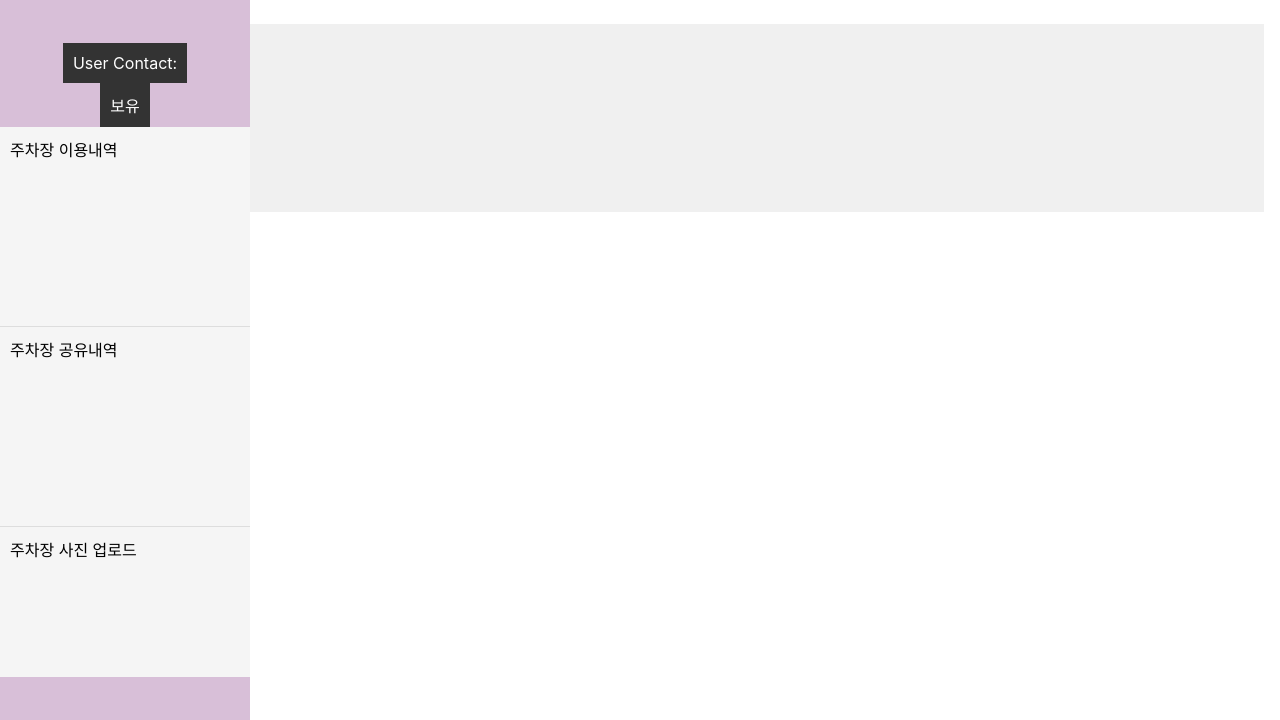
Repository: ohjjoa/reactTest
Page: /, after clicking the first element matching `img`
The author's editor kept a copy of each file at every save. The page is drawn from the files as they stood at one save, then again after the next save.
The browser window is 1280 px wide. The pictures show the whole page.
The project was rebuilt for these pictures with package versions that can differ from the ones it lists, and the page was loaded fresh each time.

Above is the page before, as saved 2024-08-02 05:19:08.

### src/App.tsx
import { BrowserRouter as Router, Route, Routes } from 'react-router-dom';
import Home from './pages/Home';

function App() {
  return (
    <Router>
      <Routes>
        <Route path="/" element={<Home />} />
        {/* 다른 Route 추가 가능 */}
      </Routes>
    </Router>
  );
}

export default App;

### src/pages/Home/index.tsx
import React, { useState, useRef, useEffect } from 'react';
import { FixedSizeList as List } from 'react-window';
import { TestContainer, Sidebar, SidebarOpen } from './styles';
import icBurger from '../../assets/ic_burger.svg';

// 리스트 항목의 데이터
// const items = new Array(5).fill(null).map((_, index) => `Item ${index + 1}`);
// 리스트 항목의 데이터
const items = [
  '주차장 이용내역',
  '주차장 공유내역',
  '주차장 사진 업로드',
  '알림',
  '설정'
];

const Home = () => {
  const [sideBarOpen, setSideBarOpen] = useState(false);
  const sidebarRef = useRef<HTMLDivElement>(null);
  const backgroundRef = useRef<HTMLDivElement>(null);

  const burgerClick = () => {
    setSideBarOpen(!sideBarOpen);
  };

  const handleClickOutside = (event: MouseEvent | TouchEvent) => {
    if (
      sidebarRef.current &&
      !sidebarRef.current.contains(event.target as Node) &&
      backgroundRef.current &&
      !backgroundRef.current.contains(event.target as Node)
    ) {
      setSideBarOpen(false);
    }
  };

  useEffect(() => {
    const handleContextMenu = (event: MouseEvent) => {
      event.preventDefault(); // 기본 우클릭 메뉴 막기
      event.stopPropagation(); // 이벤트 전파 막기
      return false;
    };

    window.addEventListener('contextmenu', handleContextMenu);
    // 데스크탑 환경
    document.addEventListener('mousedown', handleClickOutside);
    // 모바일 환경
    document.addEventListener('touchstart', handleClickOutside);

    return () => {
      window.removeEventListener('contextmenu', handleContextMenu);
      document.removeEventListener('mousedown', handleClickOutside);
      document.removeEventListener('touchstart', handleClickOutside);
    };
  }, []);

  // 사이드바 아이템 렌더링
  const Row = ({ index, style }: { index: number; style: React.CSSProperties }) => (
    <div
    style={{
      backgroundColor: '#f5f5f5', // 아이템의 배경 색상
      padding: '10px', // 아이템의 패딩
      borderBottom: '1px solid #ddd', // 아이템 하단의 경계선 (선택 사항)
      boxSizing: 'border-box', // 패딩과 경계선이 요소의 전체 크기에 포함되도록
      height: '200px',
      color: '#000000'
    }}
  >
    {items[index]}
    </div>
  );

  return (
    <div ref={backgroundRef}>
      <TestContainer>
        <img
          src={icBurger}
          alt="Burger Icon"
          style={{
            maxWidth: '100%',
            height: 'auto',
            cursor: 'pointer',
            marginTop: '50px',
          }}
          onClick={burgerClick} // 클릭 이벤트로 사이드바 열기/닫기 처리
        />
      </TestContainer>

      {sideBarOpen && (
        <SidebarOpen ref={sidebarRef}
        style={{ display: 'flex', flexDirection: 'column', width: '250' }}>
          <div style={{ padding: '10px', backgroundColor: '#333', color: '#fff' }}>
            User Contact:
          </div>
          <div style={{ padding: '10px', backgroundColor: '#333', color: '#fff'}}>
            보유
          </div>
          <List
            height={550} // 사이드바의 높이에서 연락처의 높이를 제외한 값
            itemCount={items.length} // 아이템 수
            itemSize={50} // 아이템의 높이
            width={250} // 사이드바의 너비
          >
            {Row}
          </List>
        </SidebarOpen>
      )}
      {!sideBarOpen && (
        <Sidebar ref={sidebarRef}>
          <div>Sidebar Content</div>
        </Sidebar>
      )}
    </div>
  );
};

export default Home;

### src/pages/Home/styles.tsx
import { styled } from '@stitches/react';

const TestContainer = styled('div', {
  paddingLeft: '16px',
  paddingRight: '16px',
  marginTop: '24px',
  paddingBottom: '110px',
  backgroundColor: '#f0f0f0',
  marginLeft: '16px',
  marginRight: '16px',
});

const Sidebar = styled('div', {
  position: 'fixed',
  top: 0,
  left: '-250px', // 사이드바가 화면 밖으로 숨겨져 있도록 설정
  width: '250px',
  height: '100%',
  backgroundColor: '#D8BFD8',
  color: 'white',
  transition: 'left 0.3s ease', // 애니메이션 효과
  display: 'flex',
  alignItems: 'center',
  justifyContent: 'center',
  zIndex: 1000, // 사이드바가 다른 요소 위에 오도록 설정
});

const SidebarOpen = styled(Sidebar, {
  left: 0, // 사이드바가 화면에 보이도록 설정
});


export { TestContainer, Sidebar, SidebarOpen };

Loaded but not shown: public/index.html (common file); src/index.tsx (common file); src/index.css (common file); src/reportWebVitals.ts (common file)

After the next save:
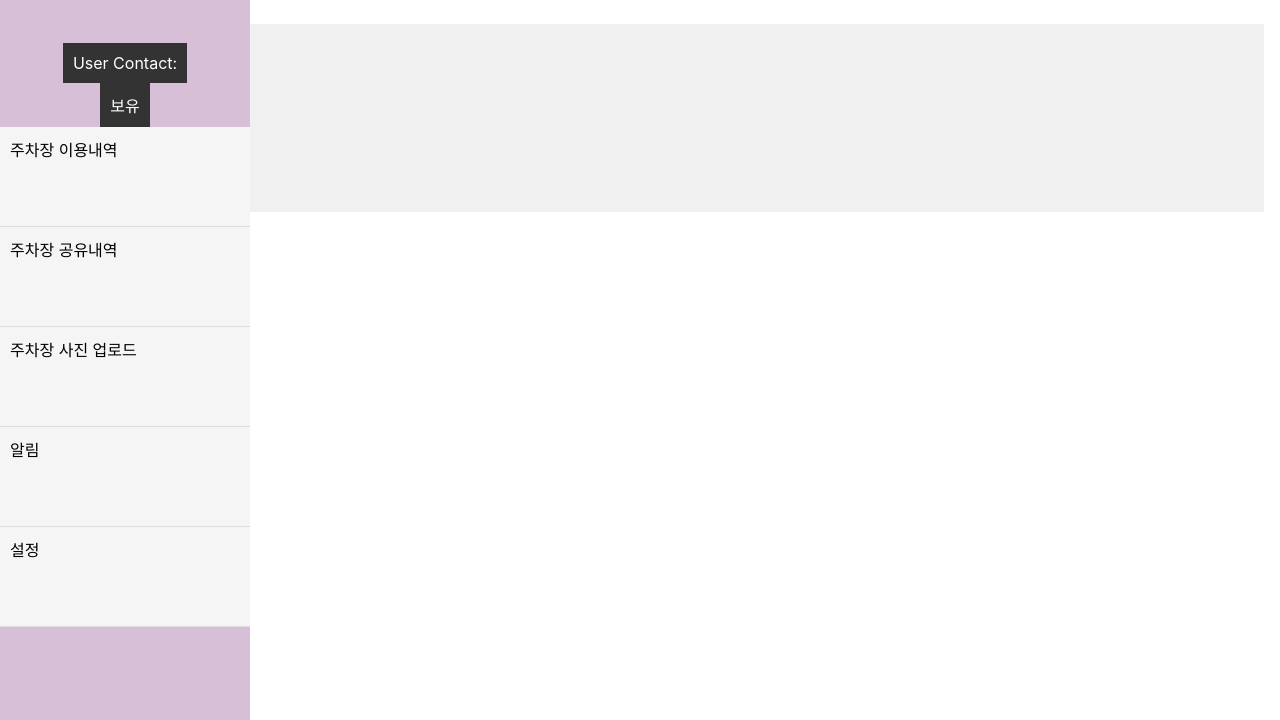
Saved 17 s later.
--- a/src/pages/Home/index.tsx
+++ b/src/pages/Home/index.tsx
@@ -62,7 +62,7 @@ const Home = () => {
       padding: '10px', // 아이템의 패딩
       borderBottom: '1px solid #ddd', // 아이템 하단의 경계선 (선택 사항)
       boxSizing: 'border-box', // 패딩과 경계선이 요소의 전체 크기에 포함되도록
-      height: '200px',
+      height: '100px',
       color: '#000000'
     }}
   >
